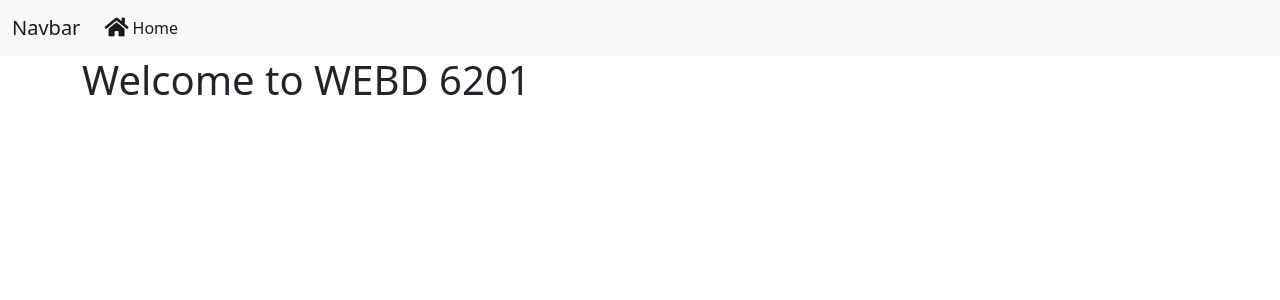
Repository: ErikHayward/WEBD6201-W2021-ICE1b
Page: index.html
An editor plug-in stored every save of this project. The page is shown before and after the next save, followed by the edit.
The browser window is 1280 px wide. The pictures show the whole page.

Above is the page before, as saved 2021-01-22 19:39:54.

### index.html
<!DOCTYPE html>
<html lang="en">
<head>
    <meta charset="UTF-8">
    <meta name="viewport" content="width=device-width, initial-scale=1.0">
    <title>WEBD6201 - W2021 - ICE 1</title>
    <!-- CSS Section -->
    <link rel="stylesheet" href="./node_modules/bootstrap/dist/css/bootstrap.min.css">
    <link rel="stylesheet" href="./node_modules/@fortawesome/fontawesome-free/css/all.min.css">
    <link rel="stylesheet" href="./Content/app.css">
</head>
<body>

    <header>
        <nav class="navbar navbar-expand-lg navbar-light bg-light">
            <div class="container-fluid">
              <a class="navbar-brand" href="#">Navbar</a>
              <button class="navbar-toggler" type="button" data-bs-toggle="collapse" data-bs-target="#navbarSupportedContent" aria-controls="navbarSupportedContent" aria-expanded="false" aria-label="Toggle navigation">
                <span class="navbar-toggler-icon"></span>
              </button>
              <div class="collapse navbar-collapse" id="navbarSupportedContent">
                <ul class="navbar-nav me-auto mb-2 mb-lg-0">
                  <li class="nav-item">
                    <a class="nav-link active" aria-current="page" href="#"><i class="fas fa-home fa-lg"></i> Home</a>
                  </li>
                </ul>
              </div>
            </div>
          </nav>
    </header>

    <main class="container">
        <h1>Welcome to WEBD 6201</h1>
    </main>

    <footer>

    </footer>

    <!-- Script Section -->
    <script src="./node_modules/jquery/dist/jquery.min.js"></script>
    <script src="./node_modules/bootstrap/dist/js/bootstrap.bundle.min.js"></script>
    <script src="./Scripts/app.js"></script>
</body>
</html>

### Content/app.css
/* Custom CSS goes here */

### Scripts/app.js
/* Custom Java Script goes here */

// IIFE - Immediately Invoked Function Expression
// AKA - Anonymous Self-Executing Function
// Closure - limits scope leak

(function(){

    function Start(){
        console.log("App Started...");
    }

    window.addEventListener("load", Start);

})();

Loaded but not shown: node_modules/bootstrap/dist/css/bootstrap.min.css (library); node_modules/@fortawesome/fontawesome-free/css/all.min.css (library); node_modules/jquery/dist/jquery.min.js (library); node_modules/bootstrap/dist/js/bootstrap.bundle.min.js (library)

After the next save:
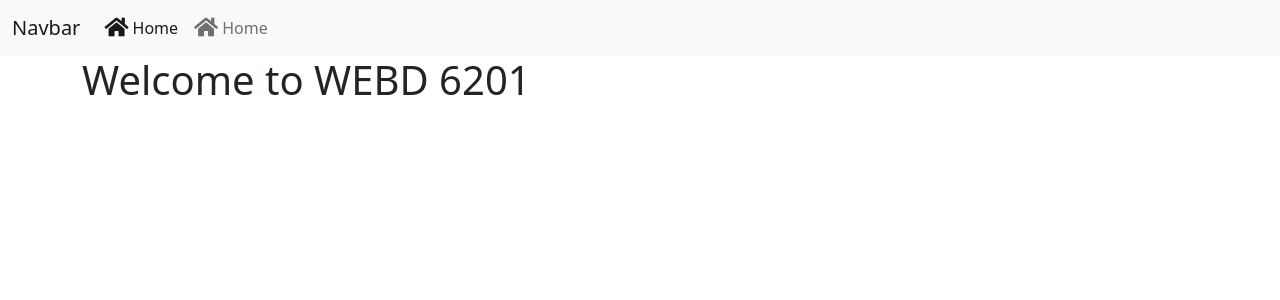
Saved 94 s later.
--- a/index.html
+++ b/index.html
@@ -20,9 +20,15 @@
               </button>
               <div class="collapse navbar-collapse" id="navbarSupportedContent">
                 <ul class="navbar-nav me-auto mb-2 mb-lg-0">
+
                   <li class="nav-item">
                     <a class="nav-link active" aria-current="page" href="#"><i class="fas fa-home fa-lg"></i> Home</a>
                   </li>
+
+                  <li class="nav-item">
+                    <a class="nav-link" aria-current="page" href="#"><i class="fas fa-home fa-lg"></i> Home</a>
+                  </li>
+
                 </ul>
               </div>
             </div>
